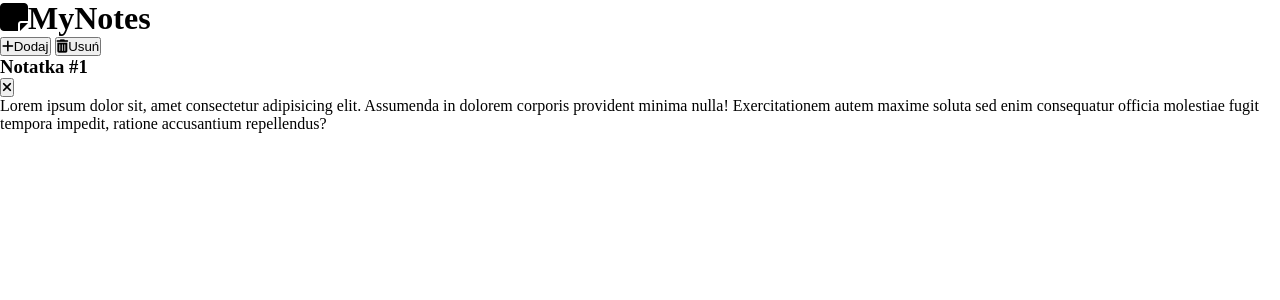
Repository: KrzysKolo/Projekt-7_Notes
Page: js/index.html
An editor plug-in stored every save of this project. The page is shown before and after the next save, followed by the edit.
The browser window is 1280 px wide. The pictures show the whole page.
Some web libraries are served in a nearby version.

Above is the page before, as saved 2020-07-07 13:00:30.
Console error: SyntaxError: Unexpected token '<'

### js/index.html
<!DOCTYPE html>
<html lang="en">
  <head>
    <meta charset="UTF-8" />
    <meta name="viewport" content="width=device-width, initial-scale=1.0" />
    <title>projekt 6 - My notes</title>
    <script
      src="https://kit.fontawesome.com/21efeaf281.js"
      crossorigin="anonymous"
    ></script>
    <link
      href="https://fonts.googleapis.com/css2?family=Montserrat:wght@100&display=swap"
      rel="stylesheet"
    />
    <link rel="stylesheet" href="./../css/style.css" />
  </head>
  <body>
    <div class="menu">
      <h1><i class="fas fa-sticky-note"></i>MyNotes</h1>
      <div class="menu-buttons">
        <button class="add icon"><i class="fas fa-plus"></i>Dodaj</button>
        <button class="delete-all icon">
          <i class="fas fa-trash-alt"></i>Usuń
        </button>
      </div>
    </div>

    <div class="note-area">
      <div class="note">
        <div class="note-header">
          <h3 class="note-title">Notatka #1</h3>
          <button class="delete-note"><i class="fas fa-times icon"></i></button>
        </div>

        <div class="note-body">
          Lorem ipsum dolor sit, amet consectetur adipisicing elit. Assumenda in
          dolorem corporis provident minima nulla! Exercitationem autem maxime
          soluta sed enim consequatur officia molestiae fugit tempora impedit,
          ratione accusantium repellendus?
        </div>
      </div>
    </div>
    <script src="./../js/index.html"></script>
  </body>
</html>

Loaded but not shown: css/style.css (common file)

After the next save:
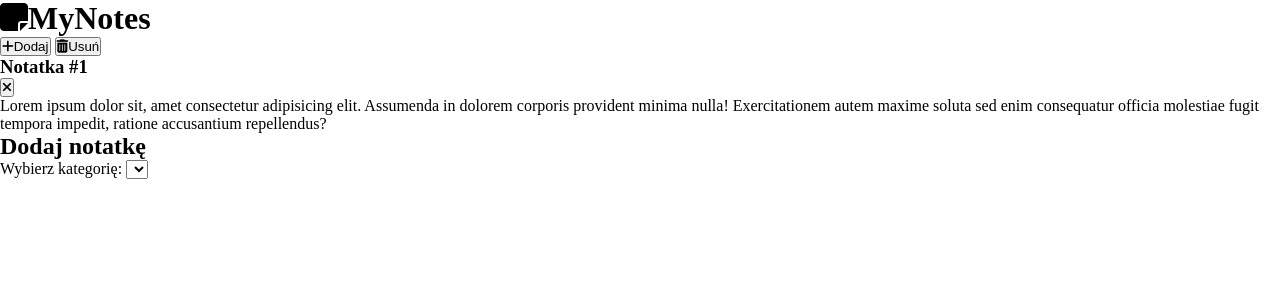
Saved 87 s later.
--- a/js/index.html
+++ b/js/index.html
@@ -40,6 +40,12 @@
         </div>
       </div>
     </div>
+
+    <div class="note-panel">
+      <h2>Dodaj notatkę</h2>
+      <label for="category">Wybierz kategorię: </label>
+      <select id="category"></select>
+    </div>
     <script src="./../js/index.html"></script>
   </body>
 </html>
